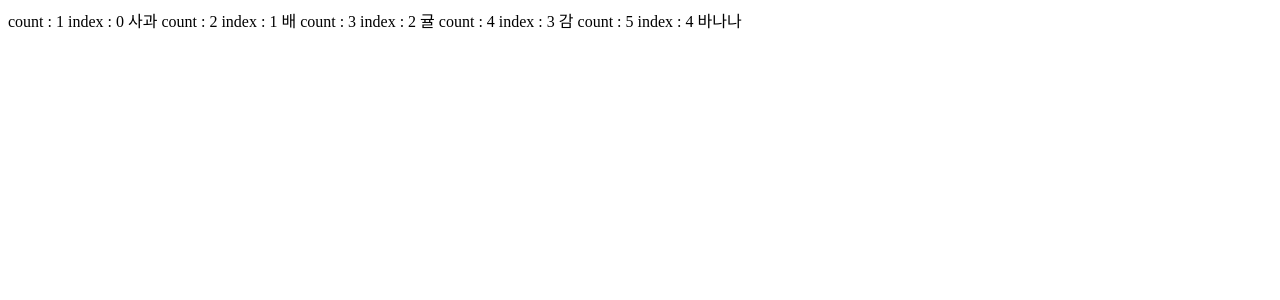
Repository: dhalfks/jsp_230602
Page: http://localhost/jstl_study/step6-foreach.jsp
The author's editor kept a copy of each file at every save. The page is drawn from the files as they stood at one save, then again after the next save.
The browser window is 1280 px wide. The pictures show the whole page.
The page is served by Tomcat 9.

Above is the page before, as saved 2023-05-10 01:50:07.

After the next save:
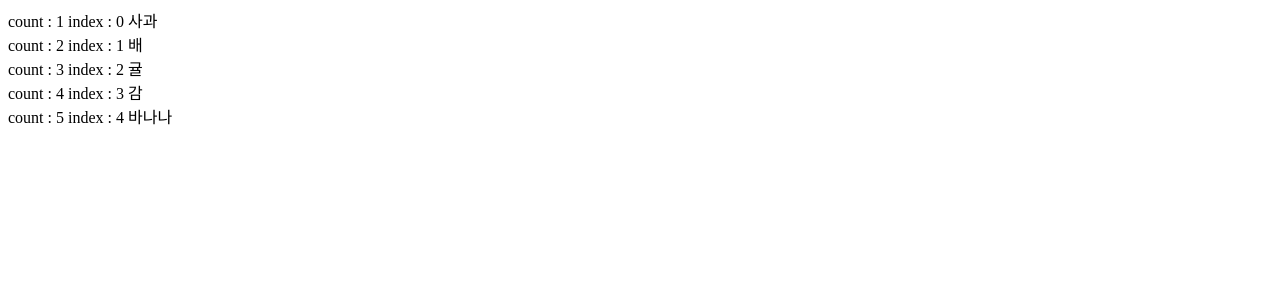
Saved 23 s later.
--- a/jstl_project/jstl_study/src/main/webapp/step6-foreach.jsp
+++ b/jstl_project/jstl_study/src/main/webapp/step6-foreach.jsp
@@ -21,7 +21,7 @@
 	<c:forEach items="${requestScope.f }" var="fname" varStatus="order">
 		count : ${order.count }
 		index : ${order.index }
-		${fname }
+		${fname }<br>
 	</c:forEach>
 </body>
 </html>
